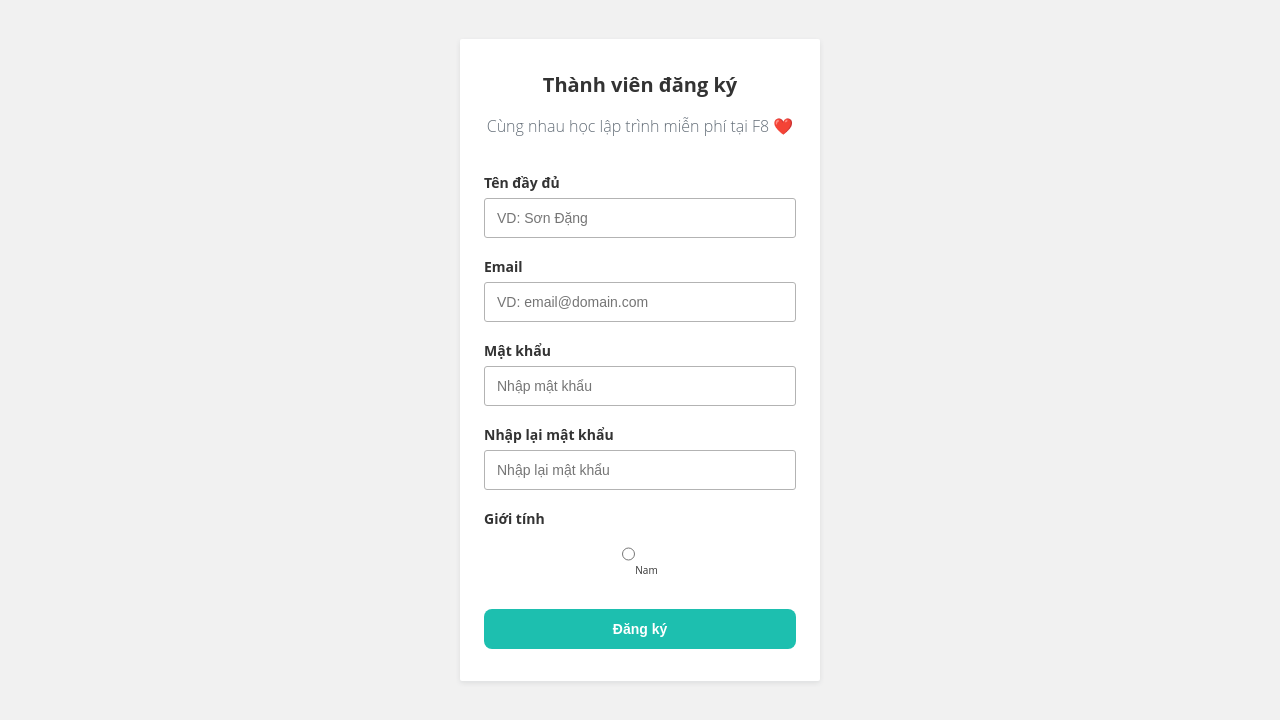
Repository: huudang2840/form-validator
Page: index.html
An editor plug-in stored every save of this project. The page is shown before and after the next save, followed by the edit.
The browser window is 1280 px wide. The pictures show the whole page.

Above is the page before, as saved 2021-10-01 14:57:22.

After the next save:
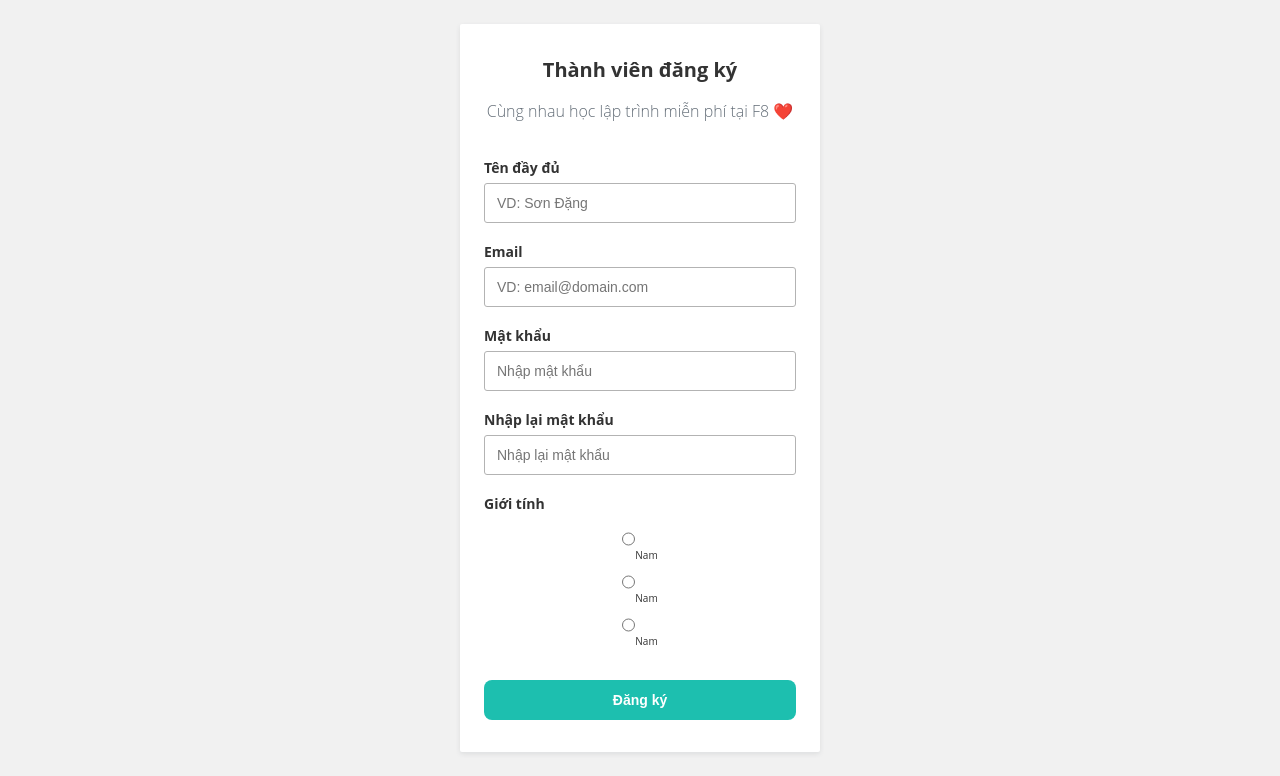
Saved 4 s later.
--- a/index.html
+++ b/index.html
@@ -67,6 +67,9 @@
         <div class="form-group">
           <label for="gender" class="form-label">Giới tính</label>
           <div><input name="gender" type="radio" class="form-control" />Nam</div>
+          <div><input name="gender" type="radio" class="form-control" />Nam</div>
+          <div><input name="gender" type="radio" class="form-control" />Nam</div>
+
           <span class="form-message"></span>
         </div>
 
